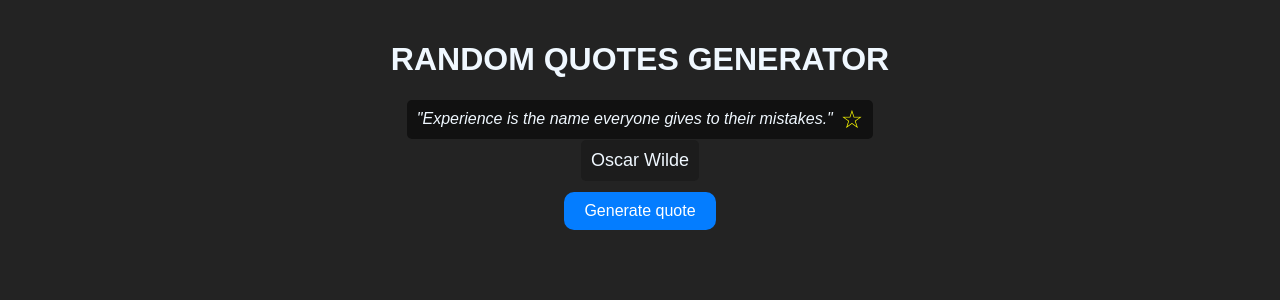
Repository: Adel-la/random-quotes
Page: index.html
These files come from the project's save history. The page is drawn as it stood at one moment and after the next save; the edit follows.
The browser window is 1280 px wide. The pictures show the whole page.

Above is the page before, as saved 2025-06-25 17:27:54.

### index.html
<!DOCTYPE html>
<html lang="ru">
<head>
  <meta charset="UTF-8" />
  <title>Random Quotes</title>
  <link rel="stylesheet" href="styles.css" />
</head>
<body>
  <main class="main">
    <h1>RANDOM QUOTES GENERATOR</h1>
    <div class="quote-container">
      <p id="quote" class="quote"></p>
      <button id="favorite" class="favorite">☆</button>
    </div>
    <p id="author" class="quote-author"></p>
    <button id="generate" class="btn">Generate quote</button>

    <div id="favorites-container" class="container"></div>
  </mainс>
  <script type="module" src="main.js"></script>
</body>
</html>

### styles.css
body {
  font-family: Arial, sans-serif;
  background-color: #232323;
  color: aliceblue;
  box-sizing: border-box;
  margin: 0;
  padding: 20px;
}

.container{
  max-width: 600px;
  margin: 50px auto;
  text-align: center;
}

.btn{
  padding: 10px 20px;
  font-size: 16px;
  background-color: #047dff;
  color: #fff;
  border: none;
  cursor: pointer;
  border-radius: 10px;
  margin-top: 10px;
  transition: background-color 0.3s ease;
}

.btn:hover{
  background-color: #004691;
}

.paragraph{
  background-color: #111111;
  border-radius: 5px;
  width: fit-content;
  padding: 5px;
  text-align: center;
  margin: 2px auto;
}

#quote::before,
#quote::after{
  content: '"';
}

.quote-container {
  display: inline-flex;
  align-items: center;
  justify-content: center;
  margin: 0 auto;
  background-color: #111;
  border-radius: 5px;
  padding: 5px 10px;
}

/* Убираем фон из quote, чтобы весь блок (цитата + звезда) имел один фон */
.quote {
  margin: 0;
  padding: 0;
  font-style: italic;
  display: inline;
}

/* Звездочка вплотную к цитате */
.favorite {
  color: yellow;
  background-color: transparent;
  font-size: 25px;
  border: none;
  margin-left: 8px;
  cursor: pointer;
  padding: 0;
}

.favorite-card {
  background-color: #1c1c1c;
  border: 1px solid #333;
  border-left: 5px solid #047dff;
  padding: 12px 16px;
  margin: 12px auto;
  border-radius: 12px;
  box-shadow: 0 2px 10px rgba(4, 125, 255, 0.1);
  max-width: 550px;
  transition: transform 0.2s ease, box-shadow 0.2s ease;
  position: relative;
  width: 40%;
}

.favorite-card:hover {
  transform: scale(1.02);
  box-shadow: 0 4px 15px rgba(4, 125, 255, 0.25);
}

.favorite-card .favorite-quote {
  font-style: italic;
  font-size: 16px;
  color: #ffffff;
  margin-bottom: 8px;
}

.favorite-card .quote-author {
  font-size: 14px;
  color: #bbbbbb;
  text-align: right;
}

.delete-btn {
  position: absolute;
  top: 0;
  right: 0;
  border: none;
  border-radius: 5px;
  color: white;
  background-color: #1c1c1c;
  cursor: pointer;
}

.delete-btn:hover {
  background-color: #047dff;
  transition: 0.5s;
}

.favorite-container {
  display: flex;
  flex-wrap: wrap;
  justify-content: center;
  gap: 10px;
}

.main{
  text-align: center;
}

.quote-author{
  background-color: #1c1c1c;
  margin: 1px auto;
  width: fit-content;
  font-size: large;
  padding: 10px 10px;
  border-radius: 5px;
}

### main.js
import quotes from './src/data/quotes.js';
import { generateAndDisplayQuote } from './src/handlers/quote.js';
import {
  generateBtn,
} from './src/ui/dom.js';

// Показать первую цитату сразу при загрузке страницы
generateAndDisplayQuote(quotes);

// Кнопка "Сгенерировать цитату"
generateBtn.addEventListener('click', () => {
  generateAndDisplayQuote(quotes);
});

### src/data/quotes.js
// Quotes array with English programming quotes and initial favorite = false
const quotes = [
  {
    text: "Code is like humor. When you have to explain it, it’s bad.",
    author: "Cory House",
    isFavorite: false,
  },
  {
    text: "First, solve the problem. Then, write the code.",
    author: "John Johnson",
    isFavorite: false,
  },
  {
    text: "Experience is the name everyone gives to their mistakes.",
    author: "Oscar Wilde",
    isFavorite: false,
  },
  {
    text: "In order to be irreplaceable, one must always be different.",
    author: "Coco Chanel",
    isFavorite: false,
  },
  {
    text: "Java is to JavaScript what car is to Carpet.",
    author: "Chris Heilmann",
    isFavorite: false,
  },
  {
    text: "Simplicity is the soul of efficiency.",
    author: "Austin Freeman",
    isFavorite: false,
  },
  {
    text: "Code never lies, comments sometimes do.",
    author: "Ron Jeffries",
    isFavorite: false,
  },
  {
    text: "Programming isn’t about what you know; it’s about what you can figure out.",
    author: "Chris Pine",
    isFavorite: false,
  },
  {
    text: "Make it work, make it right, make it fast.",
    author: "Kent Beck",
    isFavorite: false,
  },
  {
    text: "Any fool can write code that a computer can understand. Good programmers write code that humans can understand.",
    author: "Martin Fowler",
    isFavorite: false,
  }
];

export default quotes;

### src/handlers/quote.js
import { chooseRandomQuote } from './utils.js';
import { setRandomQuote } from '../core/state.js';
import { showQuote } from '../ui/index.js';
import { quoteElement, authorElement, favoriteBtn } from '../ui/dom.js';

// Функция генерации и отображения случайной цитаты
export function generateAndDisplayQuote(quotes) {
  const quote = chooseRandomQuote(quotes);
  setRandomQuote(quote);
  showQuote(quote, quoteElement, authorElement, favoriteBtn);
}

### src/ui/dom.js
export const quoteElement = document.getElementById('quote');
export const authorElement = document.getElementById('author');
export const generateBtn = document.getElementById('generate');
export const favoriteBtn = document.getElementById('favorite');
export const favoritesContainer = document.getElementById('favorites-container');

### src/handlers/utils.js
// Генерация уникального 8-символьного hex ID (буквы и цифры)
export function generateHexId() {
  return Math.floor(Math.random() * 0xffffffff)
    .toString(16)
    .padStart(8, '0');
}

// Функция выбора случайной цитаты из массива
export function chooseRandomQuote(quotes) {
  const index = Math.floor(Math.random() * quotes.length);
  return quotes[index];
}

### src/core/state.js
import { chooseRandomQuote } from '../handlers/utils.js';
import quotes from '../data/quotes.js';

let currentQuote = null;

// Функция для получения текущей цитаты
export function getRandomQuote() {
  if (!currentQuote) {
    currentQuote = chooseRandomQuote(quotes);
  }
  return currentQuote;
}

// Устанавливаем текущую цитату
export function setRandomQuote(quote) {
  currentQuote = quote;
}

### src/ui/index.js
import { updateFavoriteButton } from '../handlers/favorites.js';

// Функция для отображения цитаты и автора на странице
export function showQuote(quote, quoteElement, authorElement, favoriteBtn) {
  if (!quote) return;

  const { text, author, isFavorite } = quote;

  quoteElement.textContent = text;
  authorElement.textContent = author ? ` ${author}` : ' Unknown';

  updateFavoriteButton(isFavorite, favoriteBtn);
}

### src/handlers/favorites.js
import {
  favoritesContainer,
  favoriteBtn,
} from '../ui/dom.js';
import quotes from '../data/quotes.js';
import { getRandomQuote } from '../core/state.js';

// Создаём карточку избранной цитаты и добавляем в контейнер
export function addFavoriteCard(quoteObj, container) {
  const card = document.createElement('div');
  card.id = quoteObj.id;
  card.classList.add('favorite-card');

  card.innerHTML = `
      <button class="delete-btn">🗑</button>
      <p class="favorite-quote">"${quoteObj.text}"</p>
      <span class="quote-author">– ${quoteObj.author}</span>
    `;

  container.appendChild(card);
}

// Удаляем карточку цитаты из избранного
export function removeCardOfFavorite(container, quote) {
  const cards = container.querySelectorAll('.favorite-card');
  cards.forEach((card) => {
    if (card.id === quote.id) {
      card.remove();
    }
  });
}

// Обновляем кнопку избранного (звёздочку)
export function updateFavoriteButton(isFavorite, button) {
  button.textContent = isFavorite ? '★' : '☆';
}

// Обработчик клика по кнопке удаления на карточке
export function handleDeleteClick(event, container, quotes, favoriteButton) {
  if (!event.target.classList.contains('delete-btn')) return;

  const card = event.target.closest('.favorite-card');
  if (!card) return;

  const quoteObj = quotes.find((q) => q.id === card.id);
  if (!quoteObj) return;

  quoteObj.isFavorite = false;
  updateFavoriteButton(false, favoriteButton);

  card.remove();
}

// Переключение состояния избранного цитаты
export function toggleFavorite(quote, container, button) {
  quote.isFavorite = !quote.isFavorite;
  updateFavoriteButton(quote.isFavorite, button);

  if (quote.isFavorite) {
    addFavoriteCard(quote, container);
  } else {
    removeCardOfFavorite(container, quote);
  }
}

// Настройка обработчиков избранного (звёздочка и удаление карточек)
export function setupFavoriteHandlers(favoritesContainer, favoriteBtn, quotes) {
  favoriteBtn.addEventListener('click', () => {
    const quote = getRandomQuote();
    if (!quote) return;
    toggleFavorite(quote, favoritesContainer, favoriteBtn);
  });

  favoritesContainer.addEventListener('click', (event) => {
    handleDeleteClick(event, favoritesContainer, quotes, favoriteBtn);
  });
}

// Инициализация обработчиков
setupFavoriteHandlers(favoritesContainer, favoriteBtn, quotes);

After the next save:
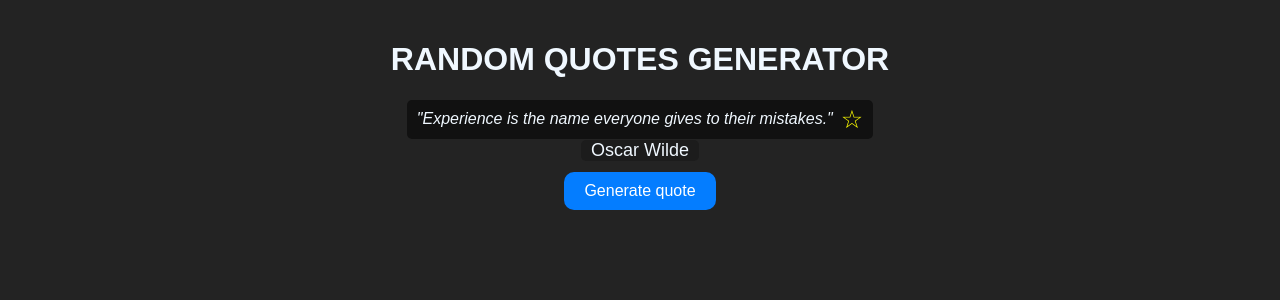
Saved 6 s later.
--- a/styles.css
+++ b/styles.css
@@ -136,6 +136,6 @@
   margin: 1px auto;
   width: fit-content;
   font-size: large;
-  padding: 10px 10px;
+  padding: 0px 10px;
   border-radius: 5px;
 }
